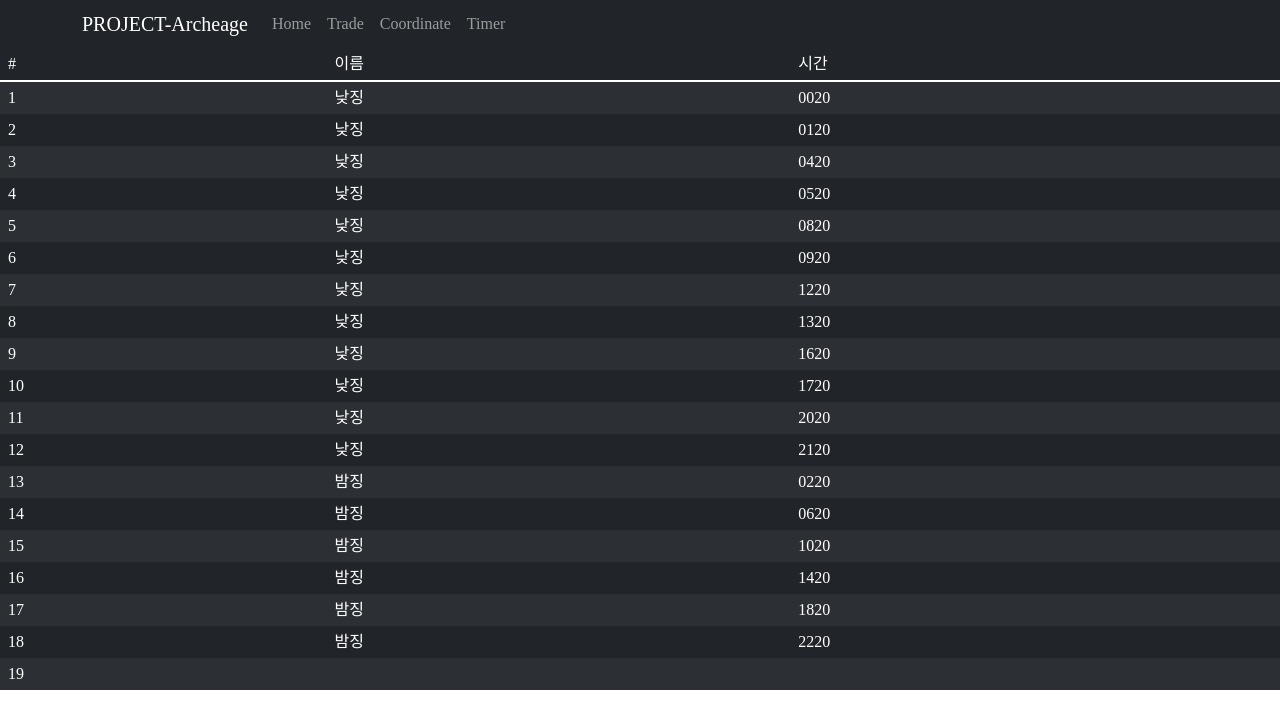
Repository: minsang98/project-archeage
Page: /timer
An editor plug-in stored every save of this project. The page is shown before and after the next save, followed by the edit.
The browser window is 1280 px wide. The pictures show the whole page.
The project was rebuilt for these pictures with package versions that can differ from the ones it lists, and the page was loaded fresh each time. Imported but missing from the stored project, and not drawn on this page: src/components/Timer/lol.mp3.

Above is the page before, as saved 2022-01-10 23:13:17.

### src/components/Navigation.js
import React from 'react';
import { Navbar, Container, Nav } from 'react-bootstrap';
import { Link } from 'react-router-dom';

const Navigation = () => {
  return (
    /* NAVIGATION COMPONENT */
    <Navbar bg="dark" variant="dark">
      <Container>
        <Navbar.Brand href="#home">PROJECT-Archeage</Navbar.Brand>
        <Nav className="me-auto">
          <Nav.Link to="/" as={Link}>
            Home
          </Nav.Link>
          <Nav.Link to="/trade" as={Link}>
            Trade
          </Nav.Link>
          <Nav.Link to="/coordinate" as={Link}>
            Coordinate
          </Nav.Link>
          <Nav.Link to="/timer" as={Link}>
            Timer
          </Nav.Link>
        </Nav>
      </Container>
    </Navbar>
  );
};

export default Navigation;

### src/components/Loading.js
import React from 'react';
import { Spinner } from 'react-bootstrap';

const Loading = () => {
  return (
    /* LOADING COMPONENT */
    <Spinner animation="border" role="status">
      <span className="visually-hidden">Loading...</span>
    </Spinner>
  );
};

export default Loading;

### src/container/TimerContainer.js
import React from 'react';

import Timer from '../components/Timer/Timer';

const TimerContainer = () => {
  return (
    <div>
      <Timer />
    </div>
  );
};

export default TimerContainer;

### src/components/Timer/Timer.js
import React from 'react';
import styled from 'styled-components';

import sound from './lol.mp3';
import schedule from './schedule.js';

import { Table } from 'react-bootstrap';

// const
const Timer = () => {
  const audio = new Audio(sound);
  // audio.play();
  const cr = schedule
    .filter((v) => v.name === '낮징')[0]
    .time.map((v) => {
      return { name: '낮징', time: v };
    });
  const gr = schedule
    .filter((v) => v.name === '밤징')[0]
    .time.map((v) => {
      return { name: '밤징', time: v };
    });
  const raid = schedule
    .filter((v) => v.name === '샤크라/글렌/레이나')[0]
    .time.map((v) => {
      return { name: '샤크라/글렌/레이나', time: v };
    });
  console.log(raid);
  const riftRaid = [...cr, ...gr, raid];
  console.log(riftRaid.sort((a, b) => b.itme - a.time));
  return (
    <div>
      <Table striped bordered hover variant="dark">
        <thead>
          <tr>
            <th>#</th>
            <th>이름</th>
            <th>시간</th>
          </tr>
        </thead>
        <tbody>
          {riftRaid.map((v, i) => (
            <tr key={i}>
              <td>{i + 1}</td>
              <td>{v.name}</td>
              <td>{v.time}</td>
            </tr>
          ))}
        </tbody>
      </Table>
    </div>
  );
};

export default Timer;

### src/components/Timer/schedule.js
/* eslint-disable import/no-anonymous-default-export */
export default [
  {
    id: 0,
    name: '낮징',
    location: ['이니스테르', '십자별 평원', '태양의 들녘'],
    compensation: [],
    time: [
      '0020',
      '0120',
      '0420',
      '0520',
      '0820',
      '0920',
      '1220',
      '1320',
      '1620',
      '1720',
      '2020',
      '2120',
    ],
  },
  {
    id: 1,
    name: '밤징',
    location: ['이니스테르', '십자별 평원'],
    compensation: [],
    time: ['0220', '0620', '1020', '1420', '1820', '2220'],
  },
  {
    id: 2,
    name: '샤크라/글렌/레이나',
    location: ['심연의 입구', '태양의 들녘'],
    compensation: [],
    time: ['0320', '0720', '1120', '1520', '1920', '2320'],
  },
  {
    id: 3,
    name: '황금 평원',
    location: ['인스턴스 / 세력전'],
    compensation: [],
    time: ['0130', '1430', '2030'],
  },
  {
    id: 4,
    name: '붉은 용',
    location: ['인스턴스 / 공격대'],
    compensation: [],
    time: ['0200', '1515', '2115'],
  },
  {
    id: 5,
    name: '카둠',
    location: ['인스턴스 / 공격대'],
    compensation: [],
    time: ['0200', '1515', '2115'],
  },
  // { id: 1, name: '낮징', location: ['이니스테르, 십자별 평원'], time: ['0020'] },
  // { id: 2, name: '낮징', location: ['태양의 들녘'], time: ['0120'] },
  // { id: 3, name: '세력 명예의 전장', location: ['인스턴스'], time: ['0130'] },
  // { id: 3, name: '용/카둠', location: ['인스턴스'], time: ['0200'] },
  // { id: 4, name: '밤징', location: ['이니스테르, 십자별 평원'], time: ['0220'] },
  // { id: 5, name: '샤크라/글렌/레이나', location: ['심연의 입구, 태양의 들녘'], time: ['0320'] },
  // { id: 6, name: '낮징', location: ['이니스테르, 십자별 평원'], time: ['0420'] },
  // { id: 7, name: '낮징', location: ['태양의 들녘'], time: ['0520'] },
  // { id: 8, name: '밤징', location: ['이니스테르, 십자별 평원'], time: ['0620'] },
  // { id: 9, name: '샤크라/글렌/레이나', location: ['심연의 입구, 태양의 들녘'], time: ['0720'] },
];

Loaded but not shown: public/index.html (common file); src/index.js (common file); src/index.css (common file); src/App.js (common file); src/reportWebVitals.js (common file); src/App.css (common file)

After the next save:
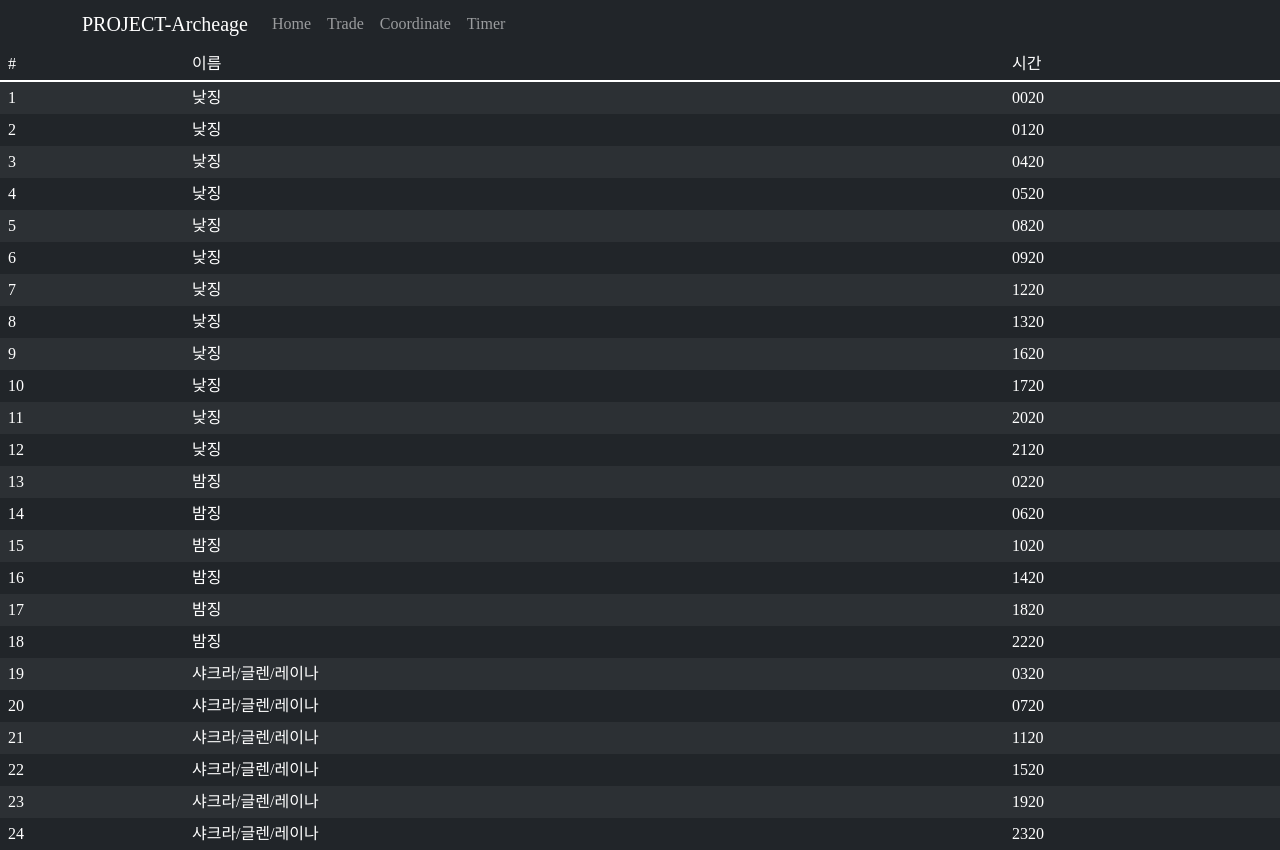
Saved 26 s later.
--- a/src/components/Timer/Timer.js
+++ b/src/components/Timer/Timer.js
@@ -26,7 +26,7 @@ const Timer = () => {
       return { name: '샤크라/글렌/레이나', time: v };
     });
   console.log(raid);
-  const riftRaid = [...cr, ...gr, raid];
+  const riftRaid = [...cr, ...gr, ...raid];
   console.log(riftRaid.sort((a, b) => b.itme - a.time));
   return (
     <div>
